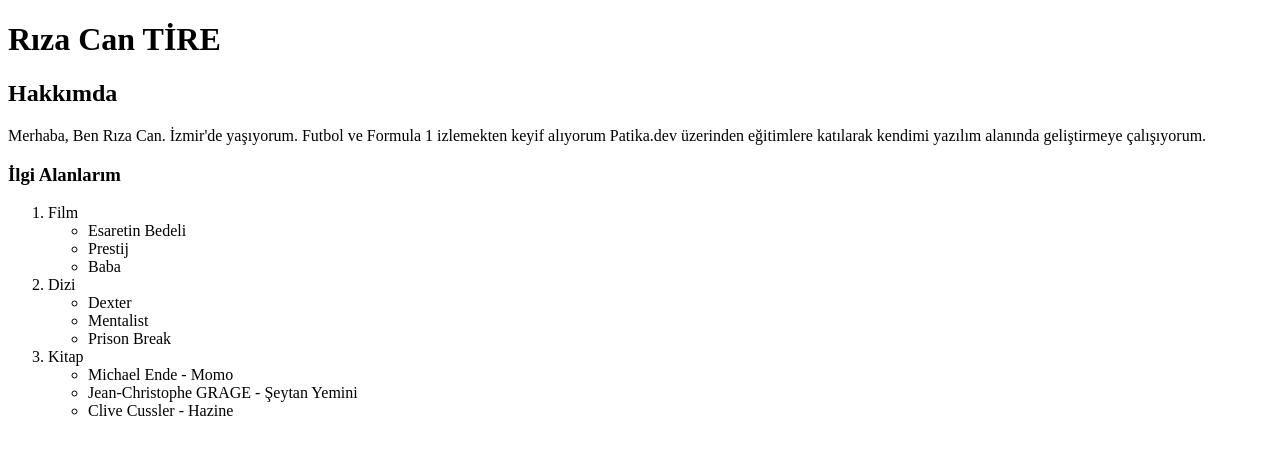
Repository: rizacantire/html
Page: Odev2/index.html
An editor plug-in stored every save of this project. The page is shown before and after the next save, followed by the edit.
The browser window is 1280 px wide. The pictures show the whole page.

Above is the page before, as saved 2021-12-06 23:16:48.

After the next save:
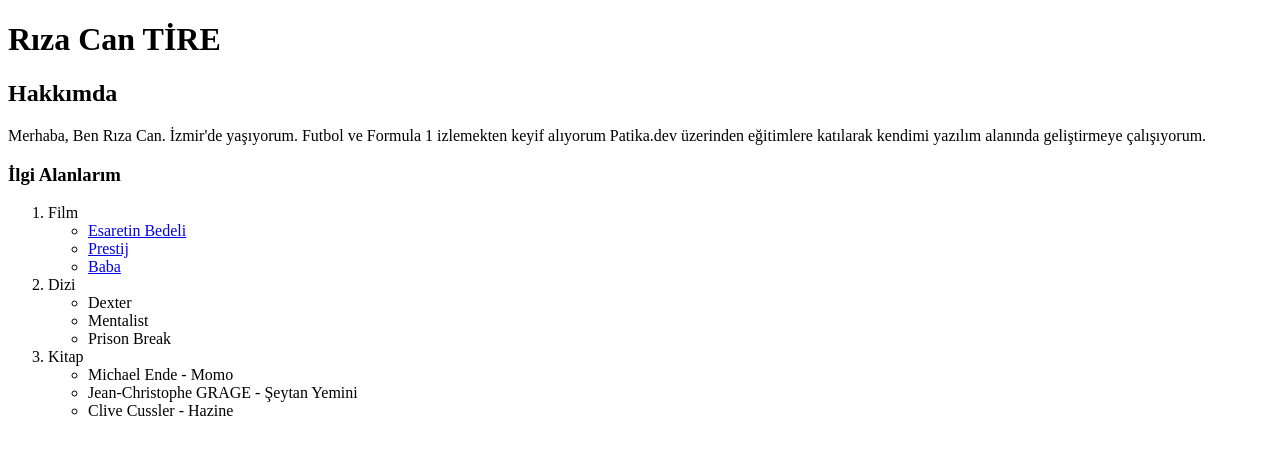
Saved 2 min 33 s later.
--- a/Odev2/index.html
+++ b/Odev2/index.html
@@ -1,49 +1,50 @@
 <!DOCTYPE html>
 <html lang="en">
+  <head>
+    <meta charset="UTF-8" />
+    <meta http-equiv="X-UA-Compatible" content="IE=edge" />
+    <meta name="viewport" content="width=device-width, initial-scale=1.0" />
+    <title>Rıza Can TİRE</title>
+  </head>
 
-<head>
-    <meta charset="UTF-8">
-    <meta http-equiv="X-UA-Compatible" content="IE=edge">
-    <meta name="viewport" content="width=device-width, initial-scale=1.0">
-    <title>Rıza Can TİRE</title>
-</head>
-
-<body>
+  <body>
     <!-- isim -->
     <h1>Rıza Can TİRE</h1>
     <h2>Hakkımda</h2>
     <!-- Kısa Bilgi -->
-    <p>Merhaba, Ben Rıza Can. İzmir'de yaşıyorum. Futbol ve Formula 1 izlemekten keyif alıyorum
-        Patika.dev üzerinden eğitimlere katılarak kendimi yazılım alanında geliştirmeye çalışıyorum.
+    <p>
+      Merhaba, Ben Rıza Can. İzmir'de yaşıyorum. Futbol ve Formula 1 izlemekten
+      keyif alıyorum Patika.dev üzerinden eğitimlere katılarak kendimi yazılım
+      alanında geliştirmeye çalışıyorum.
     </p>
     <div class="main-content">
-        <h3>İlgi Alanlarım</h3>
-        <ol type="1">
-            <li>
-                Film
-                <ul>
-                    <li>Esaretin Bedeli</li>
-                    <li>Prestij</li>
-                    <li>Baba</li>
-                </ul>
-
-            </li>
-            <li>Dizi
-                <ul>
-                    <li>Dexter</li>
-                    <li>Mentalist</li>
-                    <li>Prison Break</li>
-                </ul>
-            </li>
-            <li>Kitap
-                <ul>
-                    <li>Michael Ende - Momo</li>
-                    <li>Jean-Christophe GRAGE - Şeytan Yemini</li>
-                    <li>Clive Cussler - Hazine</li>
-                </ul>
-            </li>
-        </ol>
+      <h3>İlgi Alanlarım</h3>
+      <ol type="1">
+        <li>
+          Film
+          <ul>
+            <li><a href="https://www.imdb.com/title/tt0111161/">Esaretin Bedeli</a></li>
+            <li><a href="https://www.imdb.com/title/tt0482571/">Prestij</a></li>
+            <li><a href="https://www.imdb.com/title/tt0068646/">Baba</a></li>
+          </ul>
+        </li>
+        <li>
+          Dizi
+          <ul>
+            <li>Dexter</li>
+            <li>Mentalist</li>
+            <li>Prison Break</li>
+          </ul>
+        </li>
+        <li>
+          Kitap
+          <ul>
+            <li>Michael Ende - Momo</li>
+            <li>Jean-Christophe GRAGE - Şeytan Yemini</li>
+            <li>Clive Cussler - Hazine</li>
+          </ul>
+        </li>
+      </ol>
     </div>
-</body>
-
+  </body>
 </html>
